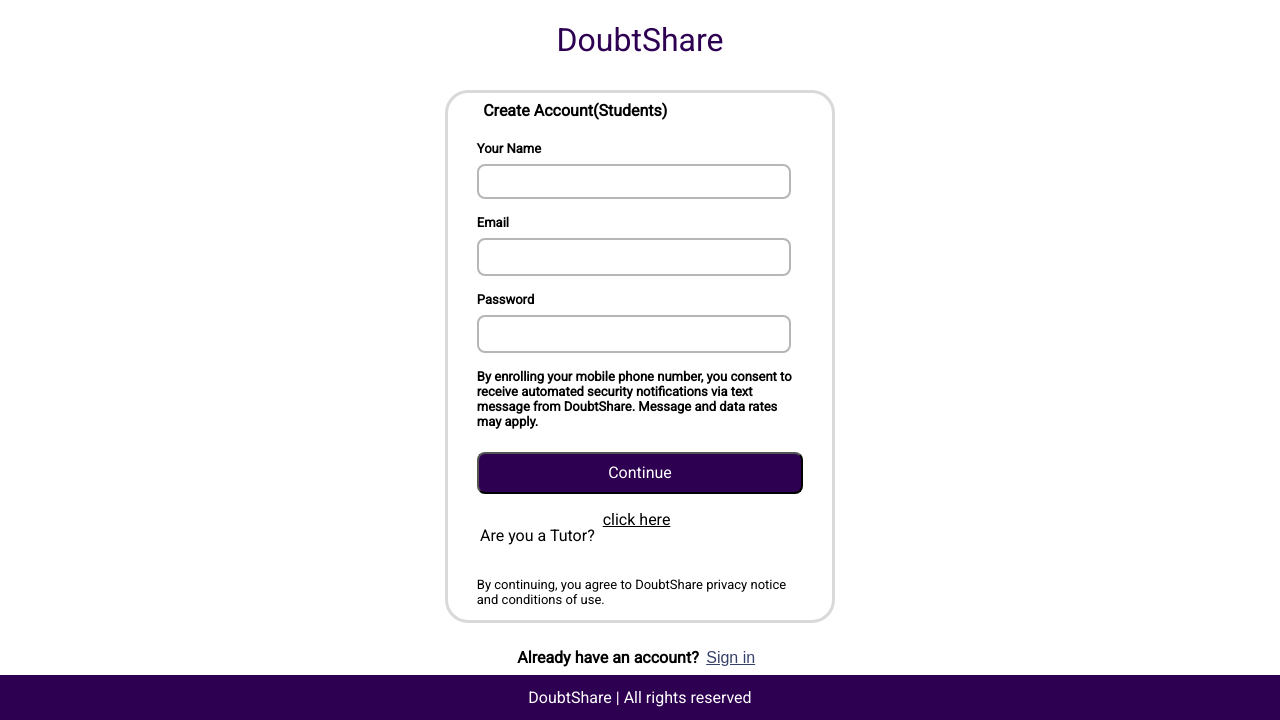
Repository: drumsmanku/task-manager
Page: /register (app in client/)
These files come from the project's save history. The page is drawn as it stood at one moment and after the next save; the edit follows.
The browser window is 1280 px wide. The pictures show the whole page.
The project was rebuilt for these pictures with package versions that can differ from the ones it lists, and the page was loaded fresh each time. Also part of the build but not shown: client/src/App.css, client/src/Components/AddTaskPopUp/AddTaskPopUp.jsx, client/src/Components/MainPage/MainPage.jsx, client/src/Components/Login/Login.jsx.

Above is the page before, as saved 2024-01-25 21:43:49.

### client/src/App.js
import './App.css';
import { BrowserRouter as Router, Route, Routes} from 'react-router-dom';
import MainPage from './Components/MainPage/MainPage';
import Register from './Components/Register/Register';
import Login from './Components/Login/Login';

function App() {
  return (
    <Router>
        <Routes>
          <Route path='/' element={<MainPage/>}/>
          <Route path='/login' element={<Login/>}/>
          <Route path='/register' element={<Register/>}/>

        </Routes>
      </Router>
  );
}

export default App;

### client/src/Components/Register/Register.jsx
import React, {useState, useEffect} from 'react';
import { useNavigate } from 'react-router-dom';
import axios from 'axios';
import styles from './Register.module.css';



const DivStyles={
  display: 'flex',
  flexDirection: 'column',
  marginBottom: '1rem',
  alignItems: 'flex-start',
  width: '85%',
}
const InputStyles={
  width: '90%',
  padding:'0.5rem 0.5rem 0.5rem 0.5rem',
  borderRadius: '8px',
  border:'2px solid #B6B6B6',
  marginTop: '0.5rem',
}
function Register() {
  const navigate=useNavigate();
  const [error, setError]=useState('')
  const [user, setUser] = useState({
    name: '',
    email: '',
    password: ''
  });
  const handleChange = e => {
    setUser({
      ...user,
      [e.target.name]: e.target.value
    });
  };
  const signup = (event) => {
    event.preventDefault();
    axios.post('https://localhost:4000/register', user)
      .then(res => {
        localStorage.setItem('token', res.data.token);
        localStorage.setItem('user', res.data.name);
        const tokenData=localStorage.getItem('token')
        if(tokenData!=='undefined') {
          navigate('/')
        }
        else{
          setError(res.data.message)
        }

      })
      .catch(err => console.log(err));
  };
  return (
    <div className={styles.container}>
      <div className={styles.heading}>

        <h1 style={{fontWeight:'500'}}>DoubtShare</h1>
      </div>
      <h1 className={styles.welcomeText} >Welcome</h1>
      <form className={styles.form}>

        <div className={styles.inputContainer}>
          <h4 style={{alignSelf:'start', paddingLeft:'2.2rem', fontWeight:600, marginTop:'0.5rem'}}>Create Account(Students)</h4>
          <div style={DivStyles}>
            <label htmlFor="name" style={{fontWeight:600, fontSize:'small' }}>Your Name</label>
            <input type="text" name="name" value={user.name} onChange={handleChange} style={InputStyles}/>
          </div>


          <div style={DivStyles}>
            <label htmlFor="email" style={{fontWeight:600, fontSize:'small'}}>Email</label>
            <input type="email" name="email" value={user.email} onChange={handleChange} style={InputStyles}/>
          </div>


          <div style={DivStyles}>
            <label htmlFor="password" style={{fontWeight:600, fontSize:'small'}}>Password</label>
            <input type="password" name="password" value={user.password} onChange={handleChange} style={InputStyles} />
          </div>
        </div>
        <div style={{width:'100%', display:'flex', justifyContent:'center'}}>
          <p style={{width:'85%', textAlign:'left', fontWeight:600,fontSize:'small', marginTop:0}}>By enrolling your mobile phone number, you consent to receive automated security notifications via text message from DoubtShare. Message and data rates may apply.
          </p>
        </div>

        <span style={{color:'red', fontSize:'small', marginBottom:'0.6rem'}}>{error}</span>



        <div style={{width:'100%', display:'flex', justifyContent:'center'}}>
          <button className={styles.buttonStyles} type="submit" style={{ cursor:'pointer'}} onClick={signup}>Continue</button>
        </div>

        <div style={{width:'100%', display:'flex', paddingLeft:'2rem', paddingTop:'1rem'}}>
             <p>Are you a Tutor?</p>
             <u style={{ cursor:'pointer', marginLeft:'0.5rem'}} onClick={()=>{navigate('/register/tutor')}}>click here</u>
        </div>

        <div style={{width:'100%', display:'flex', justifyContent:'center', marginTop:'1rem'}}>
          <p style={{width:'85%', textAlign:'left',fontSize:'small',  marginTop:0}}>By continuing, you agree to DoubtShare privacy notice and conditions of use.
          </p>
        </div>

      </form>
      <span style={{fontWeight:'bold', marginTop:'1rem'}}>Already have an account?<button style={{background:'none', color:'#36416A', fontSize:'medium', marginLeft:0, padding:0, width:'4rem', cursor:'pointer', border:'none', textDecoration:'underline'}} onClick={()=>{navigate('/login/student')}}>Sign in</button></span>

      <footer style={{ backgroundColor:'#2E0052', width:'100%', padding:'0.8rem 0 0.8rem 0', color:'white', textAlign:'center'}}>
          DoubtShare | All rights reserved
      </footer>

    </div>
  )
}

export default Register

### client/src/Components/MainPage/MainPage.module.css
@import url('https://fonts.googleapis.com/css2?family=DM+Sans&family=Roboto&display=swap');

body{
  font-family: 'Roboto';
}
.container{
  width: 100vw;
  height: 100vh;
  display: flex;
}

.navbar{
  width: 100%;
  background-color: #333;
  height: 7%;
}
.navBarContent{
  padding: 0.8rem 2rem 0.8rem 2rem ;
  display: flex;
  justify-content: space-between;
  color: white;
}
.logoutButton{
  background: none;
  border: none;
  outline: none ;
  color: white;
  font-size: medium;
  cursor: pointer;
  font-weight: 600;
}

.loginButton{
  background:none;
  color: white;
  font-size: medium;
  border: none;
  cursor: pointer;

}
.signupButton{
  background:none;
  color: white;
  font-size: medium;
  border: none;
  cursor: pointer;
}

.mainContent{
  display: flex;
  height: 100%;
  flex-direction: column;
  justify-content: center;

}

### client/src/Components/Register/Register.module.css
@import url('https://fonts.googleapis.com/css2?family=DM+Sans&family=Roboto&display=swap');

body{
  font-family: 'Roboto';
}

.container{
  height: 100vh;
  width: 100%;
  display: flex;
  flex-direction: column;

  align-items: center;
  justify-content: space-between;
}

.form{
  display: flex;
  flex-direction: column;
  border: 3px solid #D9D9D9;
  border-radius: 23.2px;
  width: 30%;

}
.inputContainer{
  display: flex;
  align-items: center;
  flex-direction: column;
}

.buttonStyles{
  width: 85%;
  background-color: #2E0052;
  border-radius: 8px;
  color: white;
  padding: 0.6rem 0 0.6rem 0;
  font-family: 'Roboto';
  font-weight: 500;
  font-size: medium;
}

.welcomeText{
  display: none;
}

.heading{
  display: flex;
  align-items: center;
  font-family: 'Roboto';
  color: #2E0052;
  font-weight: 500;
}
@media (max-width: 768px){
  .heading{
    background-color: #2E0052;
    width: 100%;
    height: 8%;
    display: flex;
    padding-left: 2rem;
    align-items: center;
    color: white;
    font-size: small;
    font-weight: 400;
  }
  .form{
    width: 80%;
  }
  .notLoggedInButton{
    width: 80%;
  }
  .wideLine{
    width: 5rem;
  }
  .newToMusic{
    margin:0 1.5rem 0 1rem;
  }
  hr {
    width: 4rem;
  }
  .welcomeText {
    display: block;
    font-weight: 500;
    width: 80%;
    text-align: start;
  }
  .inputContainer>h1{
    font-size: medium;
    font-weight: 500;
    padding-left: 1.5rem;
  }
  .alreadyCustomer{
    font-weight: 400;
    display: inline-block;
  }
  footer{
    margin-top: 1rem;
  }
}

### client/src/Components/Login/Login.module.css
@import url('https://fonts.googleapis.com/css2?family=DM+Sans&family=Roboto&display=swap');

body{
  font-family: 'Roboto';
}

.container{
  height: 100vh;
  width: 100%;
  display: flex;
  flex-direction: column;
  justify-content: space-between;
  align-items: center;
}

.form{
  display: flex;
  flex-direction: column;
  border: 3px solid #D9D9D9;
  border-radius: 23.2px;
  width: 30%;

}
.inputContainer{
  display: flex;
  align-items: center;
  flex-direction: column;
}

.buttonStyles{
  width: 85%;
  background-color: #2E0052;
  border-radius: 8px;
  color: white;
  padding: 0.6rem 0 0.6rem 0;
  font-family: 'Roboto';
  font-weight: 500;
  font-size: medium;
}
.notLoggedInButton{
  width: 30%;
  background:none;
  border: 2px solid #BDBDBD;
  border-radius: 8px;
  color: black;
  padding: 0.6rem 0 0.6rem 0;
  font-family: 'Roboto';
  font-weight: 500;
  font-size: medium;
  margin-top: 2rem;
  cursor: pointer;
}
.heading{
  display: flex;
  align-items: center;
  font-family: 'Roboto';
  color: #2E0052;
  font-weight: 500;
}
.newToMusic{
  margin:0 1.5rem 0 1.5rem;
}
.wideLine {
  height: 2px;
  width: 9rem;
  background-color: #BDBDBD;
  border: none;
}

.welcomeText{
  display: none;
}
.signInText{
  align-self: flex-start;
  padding-left: 2.2rem;
  font-weight: 500;
}
.alreadyCustomer{

  display: none;
}

.mainBody{
  width: 100%;
  display: flex;
  flex-direction: column;
  align-items: center;
  margin-bottom: 4rem;
}

@media (max-width: 768px){
  .heading{
    background-color: #2E0052;
    width: 100%;
    height: 8%;
    display: flex;
    padding-left: 2rem;
    align-items: center;
    color: white;
    font-size: small;
    font-weight: 400;
  }
  .form{
    width: 80%;
  }
  .notLoggedInButton{
    width: 80%;
  }
  .wideLine{
    width: 5rem;
  }
  .newToMusic{
    margin:0 1.5rem 0 1rem;
  }
  .wideLine{
    width: 4rem;
  }
  .welcomeText {
    display: block;
    font-weight: 500;
    width: 80%;
    text-align: start;
  }
  .inputContainer>h1{
    font-size: medium;
    font-weight: 500;
    padding-left: 1.5rem;
  }
  .alreadyCustomer{
    font-weight: 400;
    display: inline-block;
  }
}

### client/src/Components/AddTaskPopUp/AddTaskPopUp.module.css
.modalAdd {
  position: fixed;
  z-index: 1;
  left: 0;
  top: 0;
  width: 100%;
  height: 100%;
  background-color: rbga(0,0,0,0.4);
  background-color: rgb(0,0,0);
  background-color: rgba(0,0,0,0.6);
}

.modalAddContent {
  background-color: #fefefe;
  margin: 15% auto;
  width: 50%;
}


.modalAddBody{
  display: flex;
  justify-content: space-between;
}
.modalAddBodyLeft {
  display: flex;
  width: 55%;
  padding: 3rem 3rem 6rem 3rem;
  flex-direction: column;
  gap: 10px;
}
.modalAddBodyRight{
  display: flex;
  flex-direction: column;
  width: 40%;
  color: white;
  padding: 4rem 2rem;
  background-color: #36416A;
}

.modalAddBodyLeft form{
  width: 50%;
  display: flex;
  flex-direction: column;
  background-color: white;


  box-shadow: 0 0 17px #00000040;
  border-radius: 1.5rem;
}
.modalAddBodyLeft input[type='text'], [type='password'], [type='email']{
  border-bottom: 1px solid black;
  width: 80%;

  border-top: none;
  border-left: none;
  border-right: none;
  font-size: medium;
}
.close {
  color: #aaa;
  float: right;
  font-size: 28px;
  font-weight: bold;
}

.close:hover,
.close:focus {
  color: black;
  text-decoration: none;
  cursor: pointer;
}
.addPopupButton{
  padding-left: 1.7rem;
  padding-right: 1.7rem;
  color: white;
  height: 2rem;
  font-size: medium;
  border-radius: 1rem;
  border: none;
  background-color: #36416A;
  margin-top: 2rem;
}

.classGrade{
  border:none;
  outline:none;
  font-family:'Roboto';

  font-weight: 500;
  color: black;
  border-radius: 2rem;
  padding: 0.5rem 1rem 0.5rem 1rem;
  margin-right: 1rem;
}
.subjectType{
  border:none;
  outline:none;
  font-family:'Roboto';

  font-weight: 500;
  color: black;
  border-radius: 2rem;
  padding: 0.5rem 1rem 0.5rem 1rem;
  margin-right: 1rem;
}

@media (max-width: 768px){
  .classStyles{
    display: flex;
    flex-direction: column;
    align-items: center;
    font-size: small;
  }
  .langStyles{

  }
  .subStyles{
    display: flex;
    flex-direction: column;
    align-items: center;
    font-size: small;
  }

  .modalAddBodyLeft{
    width: 100%;

  }
  .modalAddBodyRight{
    width: 100%;
    padding-left: 1rem;

  }
  .h1RightBody{
   display: none;
  }
}

Loaded but not shown: client/public/index.html (common file); client/src/index.js (common file); client/src/index.css (common file)

After the next save:
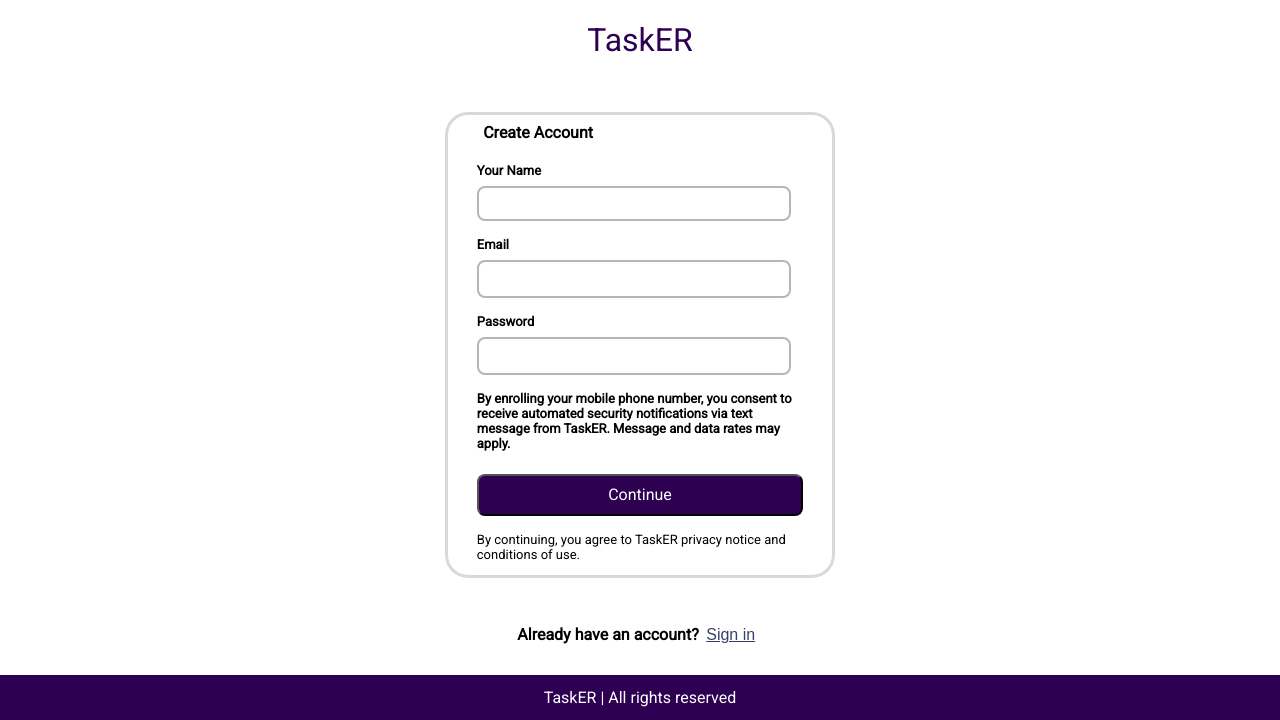
Saved 57 s later.
--- a/client/src/Components/Register/Register.jsx
+++ b/client/src/Components/Register/Register.jsx
@@ -54,13 +54,13 @@ function Register() {
     <div className={styles.container}>
       <div className={styles.heading}>
 
-        <h1 style={{fontWeight:'500'}}>DoubtShare</h1>
+        <h1 style={{fontWeight:'500'}}>TaskER</h1>
       </div>
       <h1 className={styles.welcomeText} >Welcome</h1>
       <form className={styles.form}>
 
         <div className={styles.inputContainer}>
-          <h4 style={{alignSelf:'start', paddingLeft:'2.2rem', fontWeight:600, marginTop:'0.5rem'}}>Create Account(Students)</h4>
+          <h4 style={{alignSelf:'start', paddingLeft:'2.2rem', fontWeight:600, marginTop:'0.5rem'}}>Create Account</h4>
           <div style={DivStyles}>
             <label htmlFor="name" style={{fontWeight:600, fontSize:'small' }}>Your Name</label>
             <input type="text" name="name" value={user.name} onChange={handleChange} style={InputStyles}/>
@@ -79,7 +79,7 @@ function Register() {
           </div>
         </div>
         <div style={{width:'100%', display:'flex', justifyContent:'center'}}>
-          <p style={{width:'85%', textAlign:'left', fontWeight:600,fontSize:'small', marginTop:0}}>By enrolling your mobile phone number, you consent to receive automated security notifications via text message from DoubtShare. Message and data rates may apply.
+          <p style={{width:'85%', textAlign:'left', fontWeight:600,fontSize:'small', marginTop:0}}>By enrolling your mobile phone number, you consent to receive automated security notifications via text message from TaskER. Message and data rates may apply.
           </p>
         </div>
 
@@ -91,13 +91,8 @@ function Register() {
           <button className={styles.buttonStyles} type="submit" style={{ cursor:'pointer'}} onClick={signup}>Continue</button>
         </div>
 
-        <div style={{width:'100%', display:'flex', paddingLeft:'2rem', paddingTop:'1rem'}}>
-             <p>Are you a Tutor?</p>
-             <u style={{ cursor:'pointer', marginLeft:'0.5rem'}} onClick={()=>{navigate('/register/tutor')}}>click here</u>
-        </div>
-
         <div style={{width:'100%', display:'flex', justifyContent:'center', marginTop:'1rem'}}>
-          <p style={{width:'85%', textAlign:'left',fontSize:'small',  marginTop:0}}>By continuing, you agree to DoubtShare privacy notice and conditions of use.
+          <p style={{width:'85%', textAlign:'left',fontSize:'small',  marginTop:0}}>By continuing, you agree to TaskER privacy notice and conditions of use.
           </p>
         </div>
 
@@ -105,7 +100,7 @@ function Register() {
       <span style={{fontWeight:'bold', marginTop:'1rem'}}>Already have an account?<button style={{background:'none', color:'#36416A', fontSize:'medium', marginLeft:0, padding:0, width:'4rem', cursor:'pointer', border:'none', textDecoration:'underline'}} onClick={()=>{navigate('/login/student')}}>Sign in</button></span>
 
       <footer style={{ backgroundColor:'#2E0052', width:'100%', padding:'0.8rem 0 0.8rem 0', color:'white', textAlign:'center'}}>
-          DoubtShare | All rights reserved
+      TaskER | All rights reserved
       </footer>
 
     </div>
